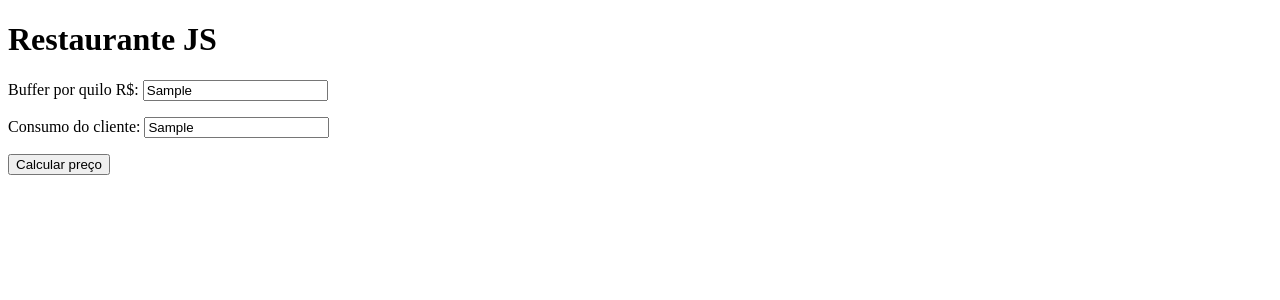
Repository: JhonMercedes/Javascript-book
Page: cap2/ex2_4.html
The author's editor kept a copy of each file at every save. The page is drawn from the files as they stood at one save, then again after the next save.
The browser window is 1280 px wide. The pictures show the whole page.
Empty fields were first filled with sample values (such as "Sample", 5 or name@example.com).
After loading, the first visible `#btCalcular` was clicked once.

Above is the page before, as saved 2021-12-04 23:51:03.
Console error: TypeError: Cannot read properties of null (reading 'value')

After the next save:
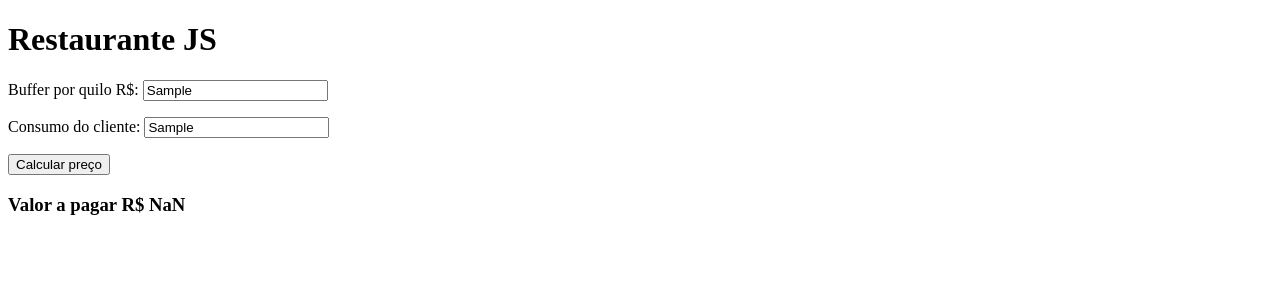
The error is gone.
Saved 65 s later.
--- a/cap2/js/ex2_4.js
+++ b/cap2/js/ex2_4.js
@@ -1,6 +1,6 @@
 function calcularPreco() {
     //cria ref ao elementos da pagina
-    var inQuilo = document.getElementById("inquilo");
+    var inQuilo = document.getElementById("inQuilo");
     var inConsumo = document.getElementById("inConsumo");
     var outVarlos = document.getElementById("outVarlor");
 
